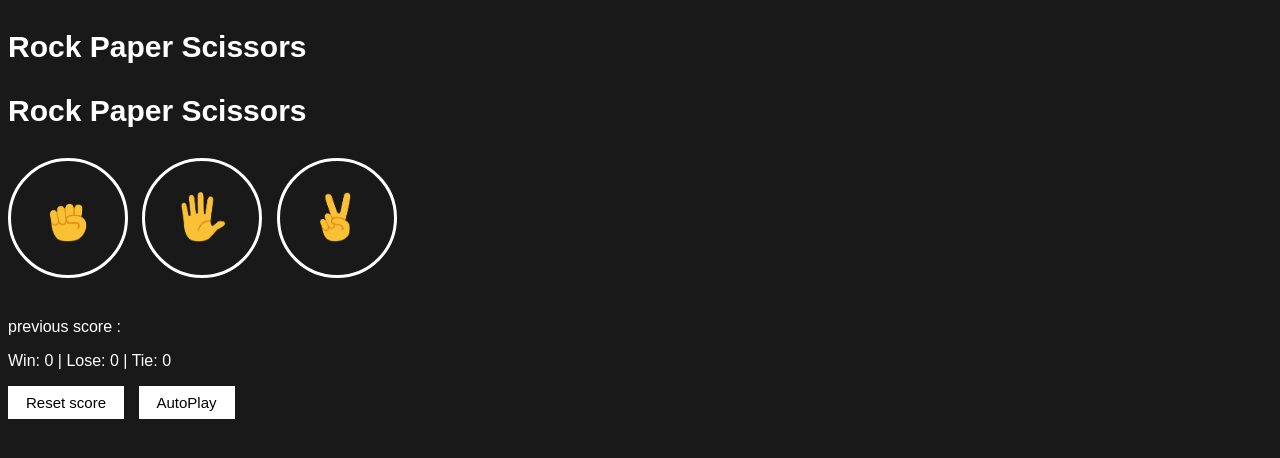
Repository: Gaurav124937/javascript
Page: html/08-rock-paper-scissors-evetlistner.html
The author's editor kept a copy of each file at every save. The page is drawn from the files as they stood at one save, then again after the next save.
The browser window is 1280 px wide. The pictures show the whole page.

Above is the page before, as saved 2026-04-06 21:35:41.

After the next save:
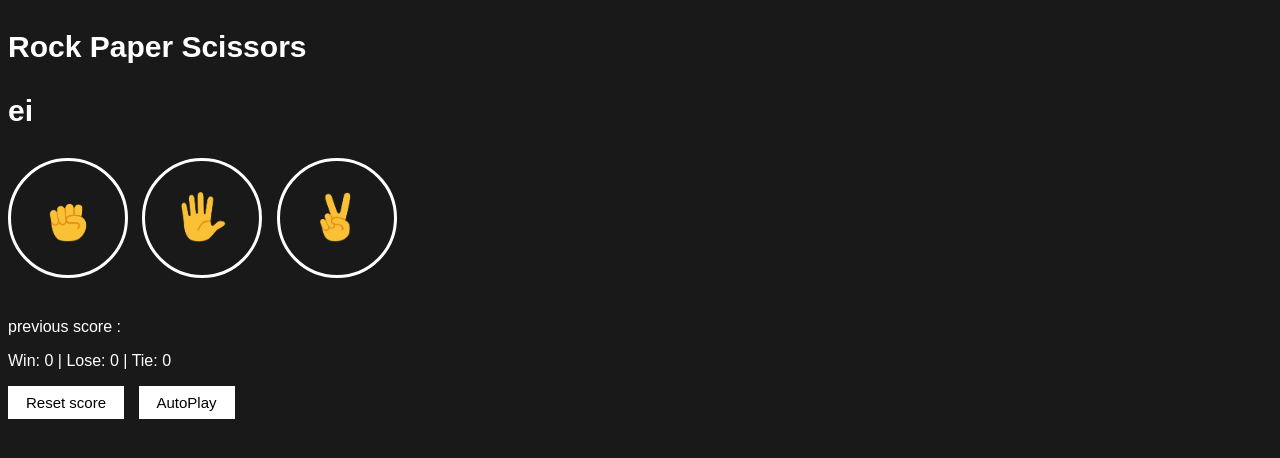
Saved 10 s later.
--- a/html/08-rock-paper-scissors-evetlistner.html
+++ b/html/08-rock-paper-scissors-evetlistner.html
@@ -12,7 +12,7 @@
 
 <body>
     <p class="title">Rock Paper Scissors</p>
-    <p class="title">Rock Paper Scissors</p>
+    <p class="title">ei</p>
     <button  class="game-button rock-button">
         <img src="../images/rock-emoji.png" class="button-emoji"></button>
     <button  class="game-button paper-button">
